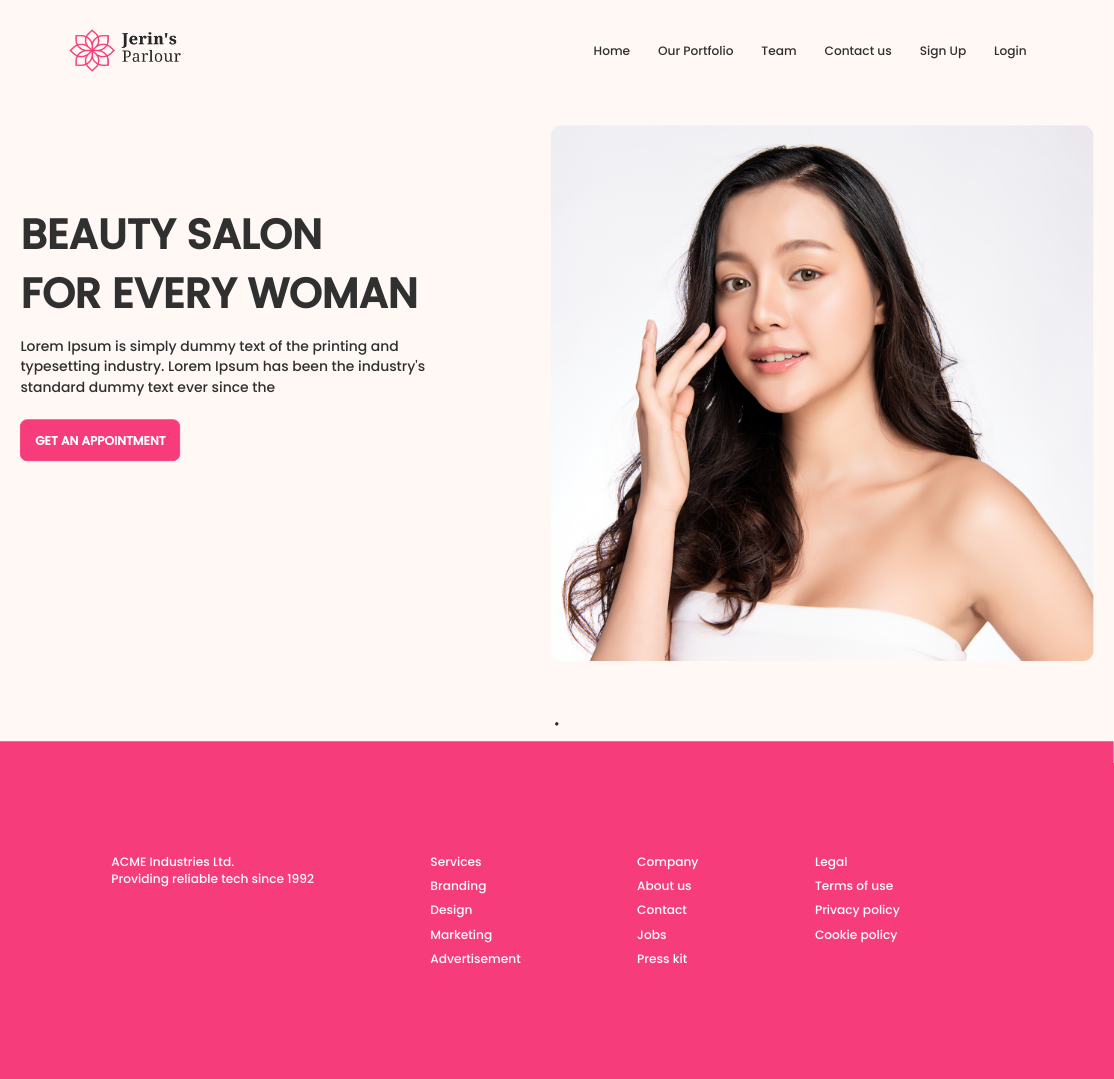
Repository: Wahid137/jerins-parlour-client
Page: /
The author's editor kept a copy of each file at every save. The page is drawn from the files as they stood at one save, then again after the next save.
The browser window is 1280 px wide. The pictures show the whole page, at 87% of full size.
The page's requests for data from a server got no answer. The project was rebuilt for these pictures with package versions that can differ from the ones it lists, and the page was loaded fresh each time. No one was signed in, and anything a server would have sent is missing. Also part of the build but not shown: src/App.css, src/Pages/Home/Services/ServicesCard.js.

Above is the page before, as saved 2023-07-16 03:58:52.

### public/index.html
<!DOCTYPE html>
<html lang="en">
  <head>
    <meta charset="utf-8" />
    <link rel="icon" href="%PUBLIC_URL%/favicon.ico" />
    <meta name="viewport" content="width=device-width, initial-scale=1" />
    <meta name="theme-color" content="#000000" />
    <meta
      name="description"
      content="Web site created using create-react-app"
    />
    <link rel="preconnect" href="https://fonts.googleapis.com">
    <link rel="preconnect" href="https://fonts.gstatic.com" crossorigin>
    <link href="https://fonts.googleapis.com/css2?family=Poppins:wght@500&display=swap" rel="stylesheet">
    <link rel="apple-touch-icon" href="%PUBLIC_URL%/logo192.png" />
    <!--
      manifest.json provides metadata used when your web app is installed on a
      user's mobile device or desktop. See https://developers.google.com/web/fundamentals/web-app-manifest/
    -->
    <link rel="manifest" href="%PUBLIC_URL%/manifest.json" />
    <!--
      Notice the use of %PUBLIC_URL% in the tags above.
      It will be replaced with the URL of the `public` folder during the build.
      Only files inside the `public` folder can be referenced from the HTML.

      Unlike "/favicon.ico" or "favicon.ico", "%PUBLIC_URL%/favicon.ico" will
      work correctly both with client-side routing and a non-root public URL.
      Learn how to configure a non-root public URL by running `npm run build`.
    -->
    <title>React App</title>
  </head>
  <body>
    <noscript>You need to enable JavaScript to run this app.</noscript>
    <div id="root"></div>
    <!--
      This HTML file is a template.
      If you open it directly in the browser, you will see an empty page.

      You can add webfonts, meta tags, or analytics to this file.
      The build step will place the bundled scripts into the <body> tag.

      To begin the development, run `npm start` or `yarn start`.
      To create a production bundle, use `npm run build` or `yarn build`.
    -->
  </body>
</html>

### src/index.js
import React from 'react';
import ReactDOM from 'react-dom/client';
import './index.css';
import App from './App';
import reportWebVitals from './reportWebVitals';
import { QueryClient, QueryClientProvider } from '@tanstack/react-query'


// Create a client
const queryClient = new QueryClient()

const root = ReactDOM.createRoot(document.getElementById('root'));
root.render(
  <React.StrictMode>
    <QueryClientProvider client={queryClient}>
      <App />
    </QueryClientProvider>
  </React.StrictMode>
);

// If you want to start measuring performance in your app, pass a function
// to log results (for example: reportWebVitals(console.log))
// or send to an analytics endpoint. Learn more: https://bit.ly/CRA-vitals
reportWebVitals();

### src/index.css
@tailwind base;
@tailwind components;
@tailwind utilities;

body {
  background-color: #FFF8F5;
  margin: 0;
  font-family: -apple-system, BlinkMacSystemFont, 'Segoe UI', 'Roboto', 'Oxygen',
    'Ubuntu', 'Cantarell', 'Fira Sans', 'Droid Sans', 'Helvetica Neue',
    sans-serif;
    font-family: 'Poppins', sans-serif;
  -webkit-font-smoothing: antialiased;
  -moz-osx-font-smoothing: grayscale;
}

code {
  font-family: source-code-pro, Menlo, Monaco, Consolas, 'Courier New',
    monospace;
}

### src/App.js
import logo from './logo.svg';
import './App.css';
import { RouterProvider } from 'react-router-dom';
import router from './Routes/Routes/Routes';
import { Toaster } from 'react-hot-toast';

function App() {
  return (
    <div className="max-w-[1440px] mx-auto">
      <RouterProvider router={router}></RouterProvider>
      <Toaster></Toaster>
    </div>
  );
}

export default App;

### src/Routes/Routes/Routes.js
const { createBrowserRouter } = require("react-router-dom");
const { default: Main } = require("../../Layout/Main");
const { default: Home } = require("../../Pages/Home/Home/Home");

const router = createBrowserRouter([
    {
        path: '/',
        element: <Main></Main>,
        children: [
            {
                path: '/',
                element: <Home></Home>
            }
        ]
    }
])
export default router;

### src/Layout/Main.js
import React from 'react';
import Navbar from '../Shared/Navbar/Navbar';
import { Outlet } from 'react-router-dom';
import Footer from '../Shared/Footer/Footer';

const Main = () => {
    return (
        <div>
            <Navbar></Navbar>
            <Outlet></Outlet>
            <Footer></Footer>
        </div>
    );
};

export default Main;

### src/Shared/Navbar/Navbar.js
import React from 'react';
import logo from '../../assets/logo.png';
import { Link } from 'react-router-dom';

const Navbar = () => {
    const menuItem = <>
        <li><Link to="/">Home</Link></li>
        <li><Link to="/portfolio">Our Portfolio</Link></li>
        <li><Link to="/team">Team</Link></li>
        <li><Link to="/dashboard">Contact us</Link></li>
        <li><Link to="/signup">Sign Up</Link></li>
        <li><Link to="/login">Login</Link></li>

    </>
    return (
        <div className="navbar flex justify-between px-20 pt-8">
            <div className="navbar-start">
                <div className="dropdown">
                    <label tabIndex={0} className="btn btn-ghost lg:hidden">
                        <svg xmlns="http://www.w3.org/2000/svg" className="h-5 w-5" fill="none" viewBox="0 0 24 24" stroke="currentColor"><path strokeLinecap="round" strokeLinejoin="round" strokeWidth="2" d="M4 6h16M4 12h8m-8 6h16" /></svg>
                    </label>
                    <ul tabIndex={1} className="menu menu-sm dropdown-content mt-3 z-[1] p-2 shadow bg-base-100 rounded-box w-52">
                        {menuItem}
                    </ul>
                </div>
                <Link to="/" className="w-32">
                    <img src={logo} alt="" />
                </Link>
            </div>
            <div className="navbar-center hidden lg:flex">
                <ul className="menu menu-horizontal px-1">
                    {menuItem}
                </ul>
            </div>
            <label htmlFor="dashboard-drawer" tabIndex={2} className="btn btn-ghost lg:hidden">
                <svg xmlns="http://www.w3.org/2000/svg" className="h-5 w-5" fill="none" viewBox="0 0 24 24" stroke="currentColor"><path strokeLinecap="round" strokeLinejoin="round" strokeWidth="2" d="M4 6h16M4 12h8m-8 6h16" /></svg>
            </label>

        </div>
    );
};

export default Navbar;

### src/Shared/Footer/Footer.js
import React from 'react';


const Footer = () => {
    return (
        <footer className="footer p-32 bg-primary text-white w-full max-w-screen-xl">
            <div>
                <p>ACME Industries Ltd.<br />Providing reliable tech since 1992</p>
            </div>
            <div>
                <span className=" text-white">Services</span>
                <a href="/" className="link link-hover">Branding</a>
                <a href="/" className="link link-hover">Design</a>
                <a href="/" className="link link-hover">Marketing</a>
                <a href="/" className="link link-hover">Advertisement</a>
            </div>
            <div>
                <span className="">Company</span>
                <a href="/" className="link link-hover">About us</a>
                <a href="/" className="link link-hover">Contact</a>
                <a href="/" className="link link-hover">Jobs</a>
                <a href="/" className="link link-hover">Press kit</a>
            </div>
            <div>
                <span className="">Legal</span>
                <a href="/" className="link link-hover">Terms of use</a>
                <a href="/" className="link link-hover">Privacy policy</a>
                <a href="/" className="link link-hover">Cookie policy</a>
            </div>
        </footer>
    );
};

export default Footer;

### src/Pages/Home/Banner/Banner.js
import React from 'react';
import woman from '../../../assets/images/woman.png';
import PrimaryButton from '../../../Components/PrimaryButton/PrimaryButton';

const Banner = () => {
    return (
        <div className="hero" >
            <div className="hero-content flex-col lg:flex-row-reverse min-h-screen">

                <img src={woman} className="rounded-lg lg:w-1/2" alt="" />

                <div className='lg:me-32 lg:-mt-32'>
                    <h1 className="text-5xl font-bold mt-0 mb-5">BEAUTY SALON</h1>
                    <h1 className="text-5xl font-bold">FOR EVERY WOMAN</h1>
                    <p className="py-6">Lorem Ipsum is simply dummy text of the printing and <br /> typesetting industry. Lorem Ipsum has been the industry's <br /> standard dummy text ever since the</p>
                    <PrimaryButton>Get an Appointment</PrimaryButton>
                </div>
            </div>
        </div>
    );
};

export default Banner;

### src/Pages/Home/Services/Services.js
import { useQuery } from '@tanstack/react-query';
import React from 'react';
import Loading from '../../../Shared/Loading/Loading';


import ServicesCard from './ServicesCard';
import PrimaryButton from '../../../Components/PrimaryButton/PrimaryButton';



const Services = () => {
    const { data: services = [], isLoading } = useQuery({
        queryKey: ['services'],
        queryFn: () => fetch('http://localhost:5000/services')
            .then(res => res.json())
    })


    if (isLoading) {
        return <Loading></Loading>;
    }

    return (
        <div className='p-0 my-5'>
            <div className='mx-auto mb-4 py-10 text-center w-1/2'>
                <p className='text-2xl font-bold'>Our Awesome <span className='text-primary'>Services</span></p>
            </div>
            <div className='grid gap-1 grid-cols-1 md:grid-cols-2 lg:grid-cols-3'>
                {
                    services.map(service => <ServicesCard
                        key={service._id}
                        service={service}
                    ></ServicesCard>)
                }
            </div>
            <div className='text-center mt-10'>
                <PrimaryButton >Explore More</PrimaryButton>
            </div>

        </div >
    );
};

export default Services;

### src/Components/PrimaryButton/PrimaryButton.js
import React from 'react';

const PrimaryButton = ({ children }) => {
    return (
        <button className="btn btn-primary text-white">{children}</button>
    );
};

export default PrimaryButton;

### src/Shared/Loading/Loading.js
import React from 'react';

const Loading = () => {
    return (
        <div className="flex items-center justify-center">
            <span className="loading loading-ring loading-lg"></span>
        </div>
    );
};

export default Loading;

### tailwind.config.js
/** @type {import('tailwindcss').Config} */
module.exports = {
  content: [
    "./src/**/*.{js,jsx,ts,tsx}",
  ],
  daisyui: {
    themes: [
      {
        parlourTheme: {
          primary: '#F63E7B',
          secondary: '#FFF8F5',
          accent: '##F4F7FC',
          neutral: '#3D4451',
          "base-100": '#FFFFFF',
        }
      }
    ]
  },
  theme: {
    extend: {},
  },
  plugins: [require("daisyui")],
}

Loaded but not shown: src/reportWebVitals.js (common file); src/Pages/Home/Home/Home.js (common file)

After the next save:
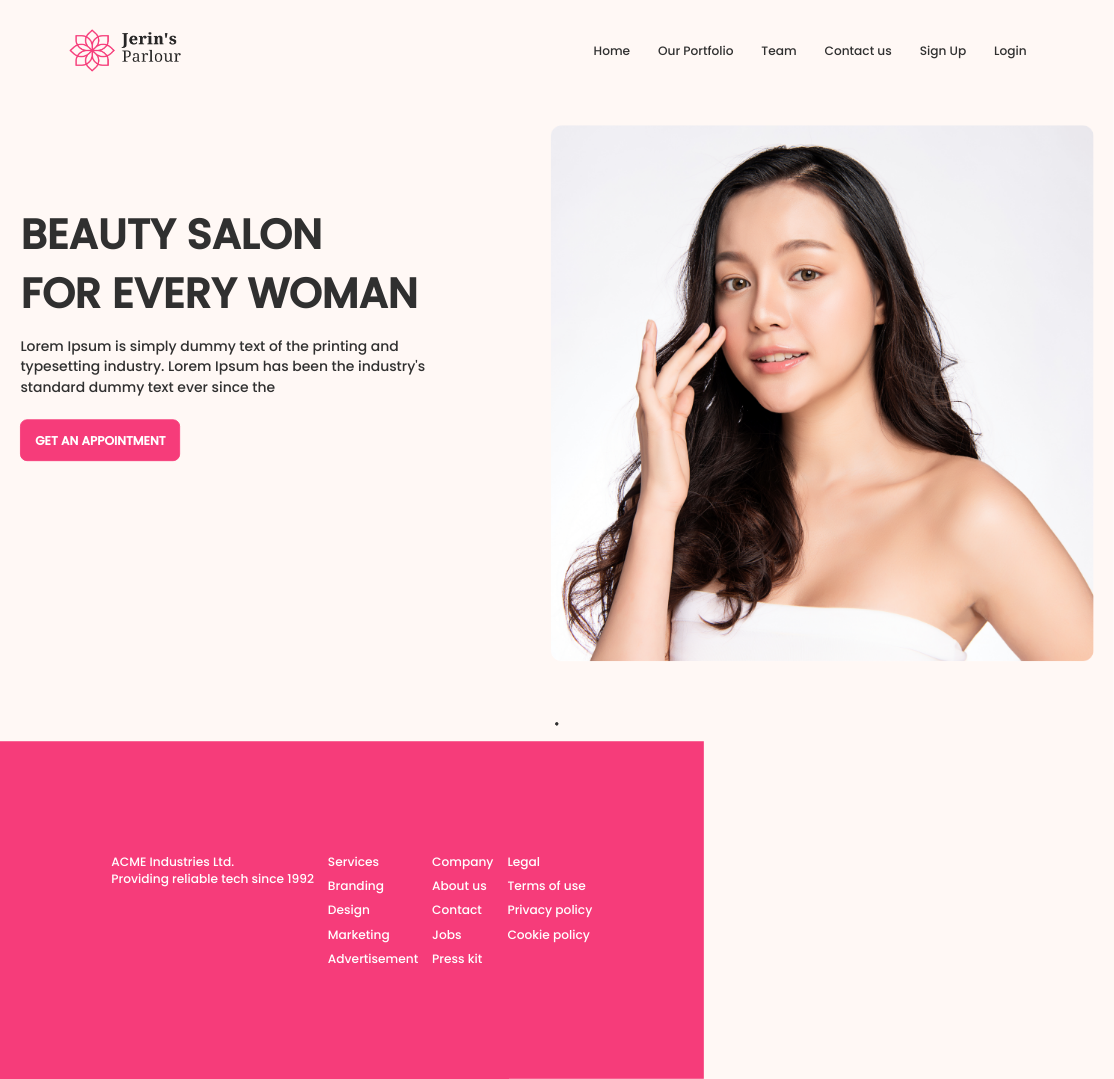
Saved 24 s later.
--- a/src/Shared/Footer/Footer.js
+++ b/src/Shared/Footer/Footer.js
@@ -3,7 +3,7 @@
 
 const Footer = () => {
     return (
-        <footer className="footer p-32 bg-primary text-white w-full max-w-screen-xl">
+        <footer className="footer p-32 bg-primary text-white w-full max-w-fit">
             <div>
                 <p>ACME Industries Ltd.<br />Providing reliable tech since 1992</p>
             </div>

After the save that followed:
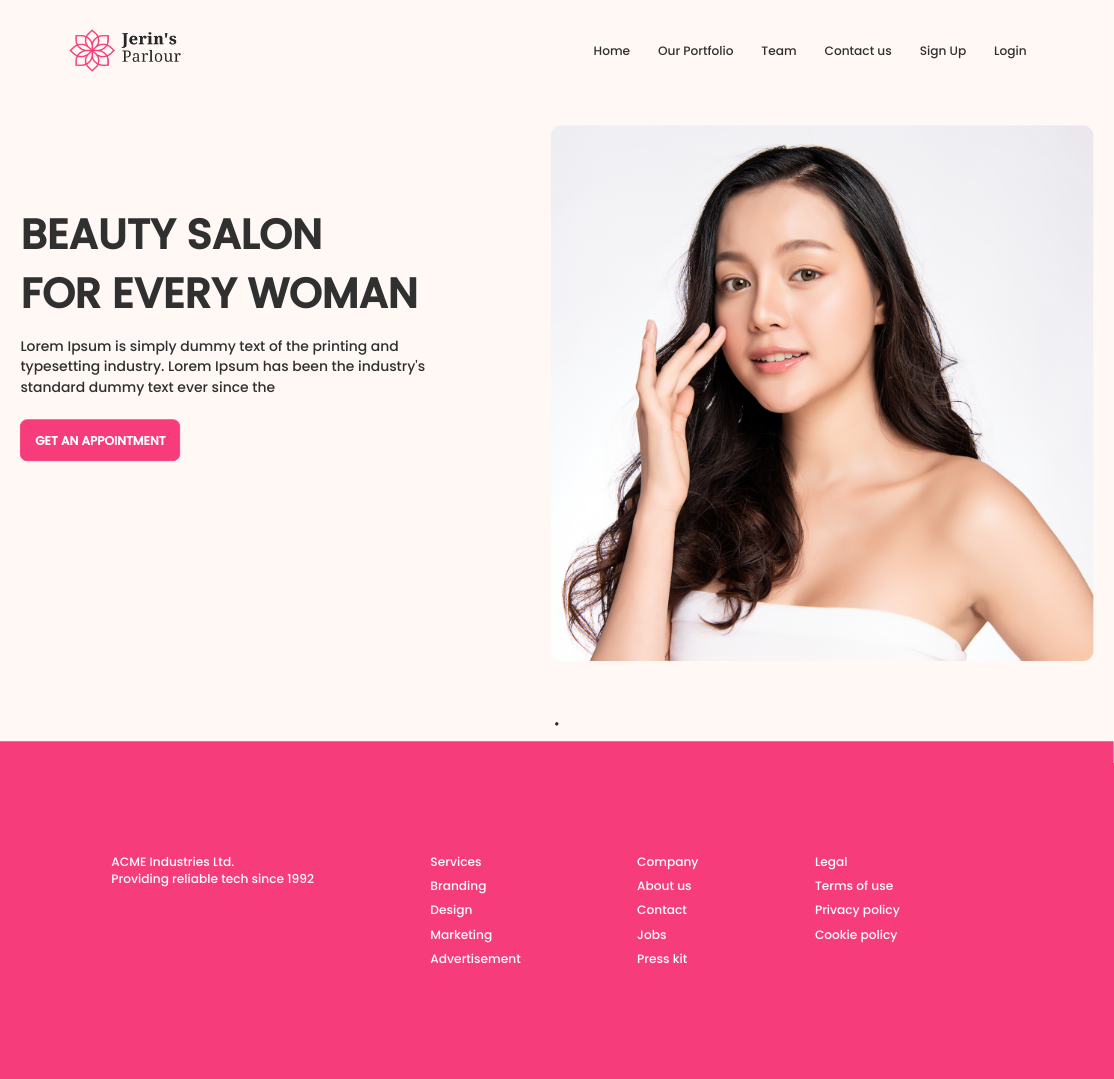
Saved 9 s later.
--- a/src/Shared/Footer/Footer.js
+++ b/src/Shared/Footer/Footer.js
@@ -3,7 +3,7 @@
 
 const Footer = () => {
     return (
-        <footer className="footer p-32 bg-primary text-white w-full max-w-fit">
+        <footer className="footer p-32 bg-primary text-white w-full max-w-full">
             <div>
                 <p>ACME Industries Ltd.<br />Providing reliable tech since 1992</p>
             </div>
